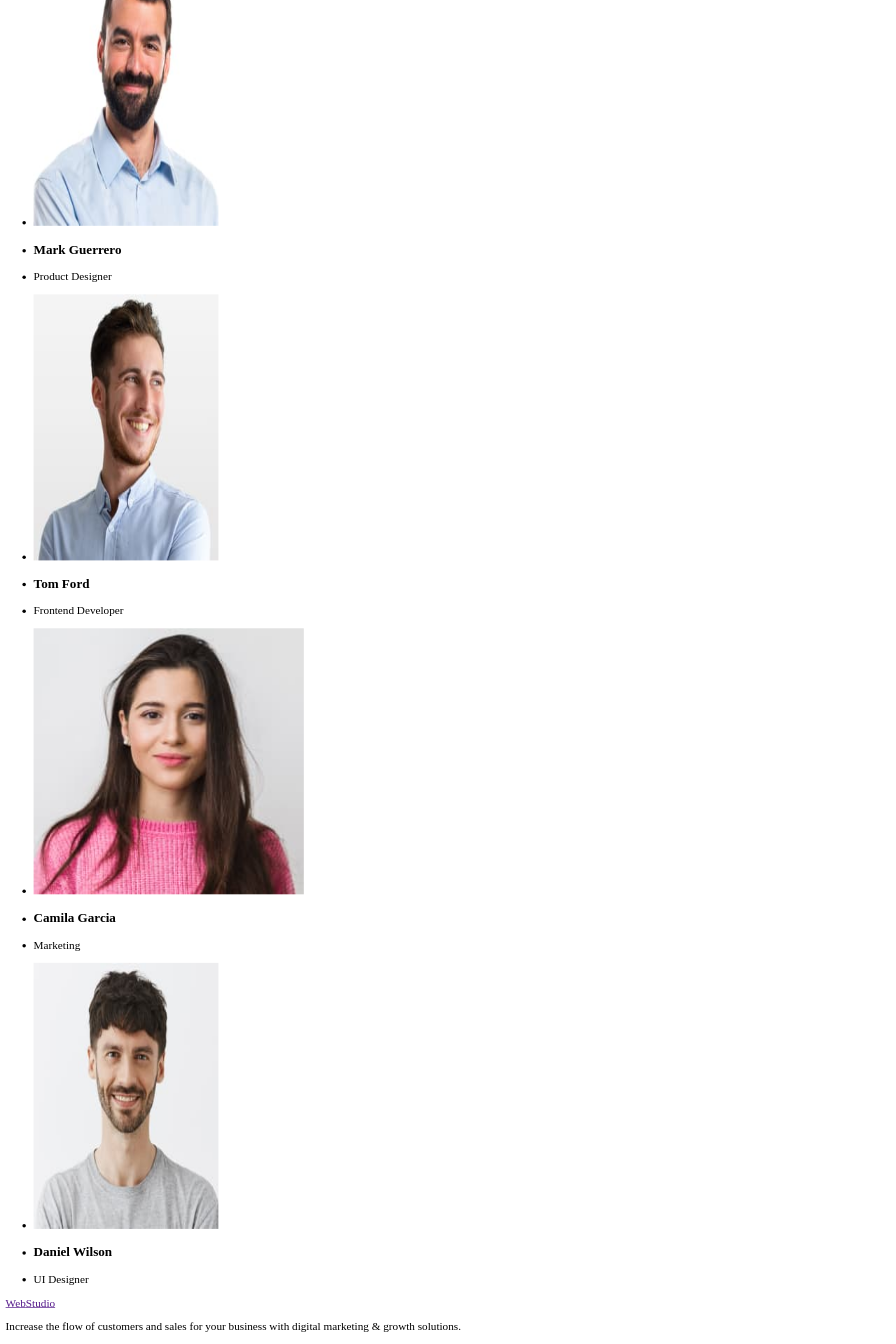
Repository: GrishchenkoNataliya/goit-markup-hw-02
Page: index.html
The author's editor kept a copy of each file at every save. The page is drawn from the files as they stood at one save, then again after the next save.
The browser window is 1280 px wide. The pictures show the part of the page from y = 1652 to 3572 px (the page is 3572 px tall before and 3452 px after), at 70% of full size.

Above is the page before, as saved 2023-02-26 00:46:40.

After the next save:
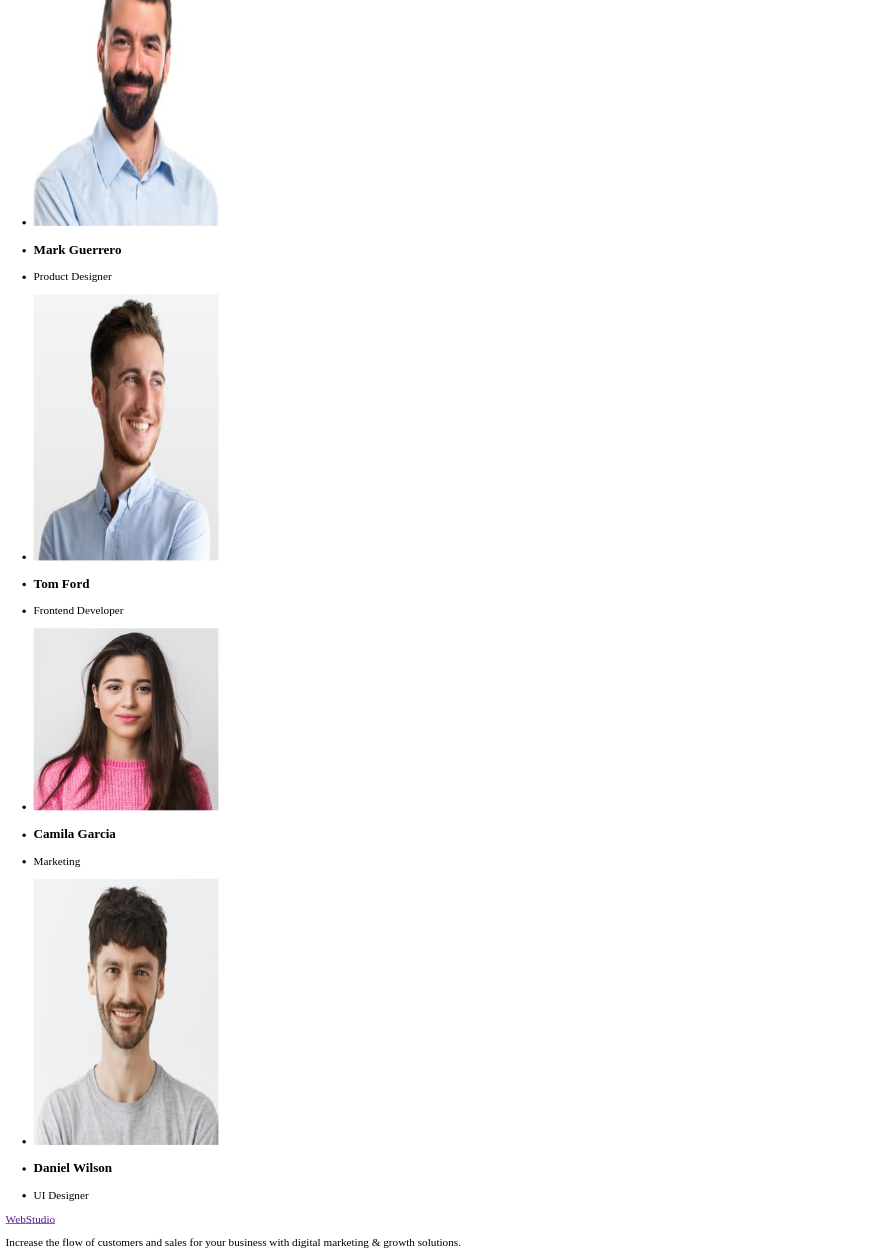
Saved 12 s later.
--- a/index.html
+++ b/index.html
@@ -133,8 +133,8 @@
             <img
               src="./images/img3.jpg"
               alt="Camila Garcia"
-              width=""
-              height="380"
+              width="264"
+              height=""
             />
           </li>
           <li><h3>Camila Garcia</h3></li>
